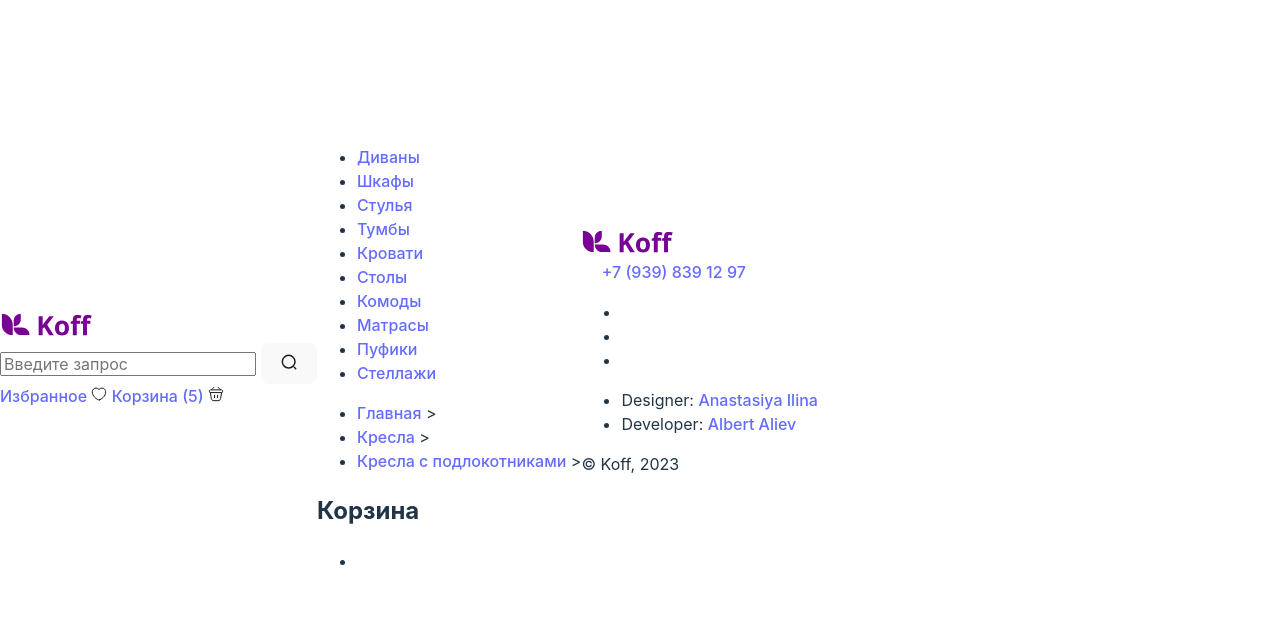
Repository: Albert24-Front-end/Koff-2-Test
Page: /
These files come from the project's save history. The page is drawn as it stood at one moment and after the next save; the edit follows.
The browser window is 1280 px wide. The pictures show the whole page.
The project was rebuilt for these pictures with package versions that can differ from the ones it lists, and the page was loaded fresh each time. Also part of the build but not shown: vite.config.js.

Above is the page before, as saved 2025-02-21 13:27:46.

After the next save:
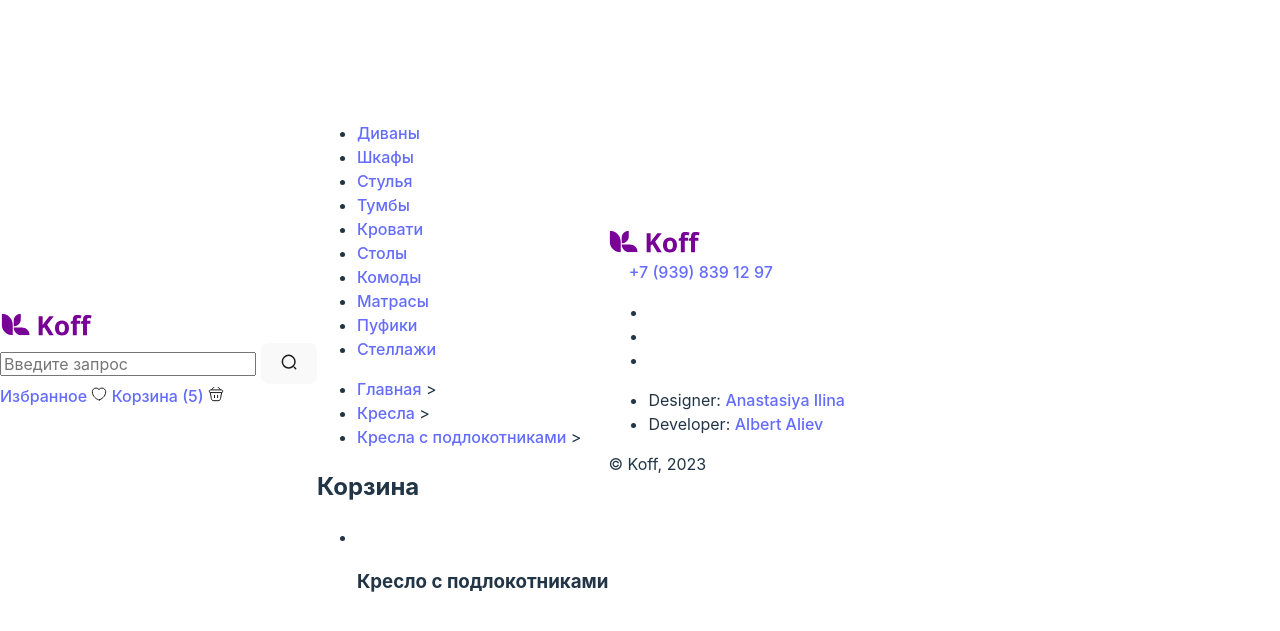
Saved 10 s later.
--- a/index.html
+++ b/index.html
@@ -260,7 +260,7 @@
           <ul class="cart__products">
             <li class="cart__product">
               <img src="" alt="" class="cart__product-img">
-              <h3 class="cart__product-title"></h3>
+              <h3 class="cart__product-title">Кресло с подлокотниками</h3>
             </li>
           </ul>
         </div>
